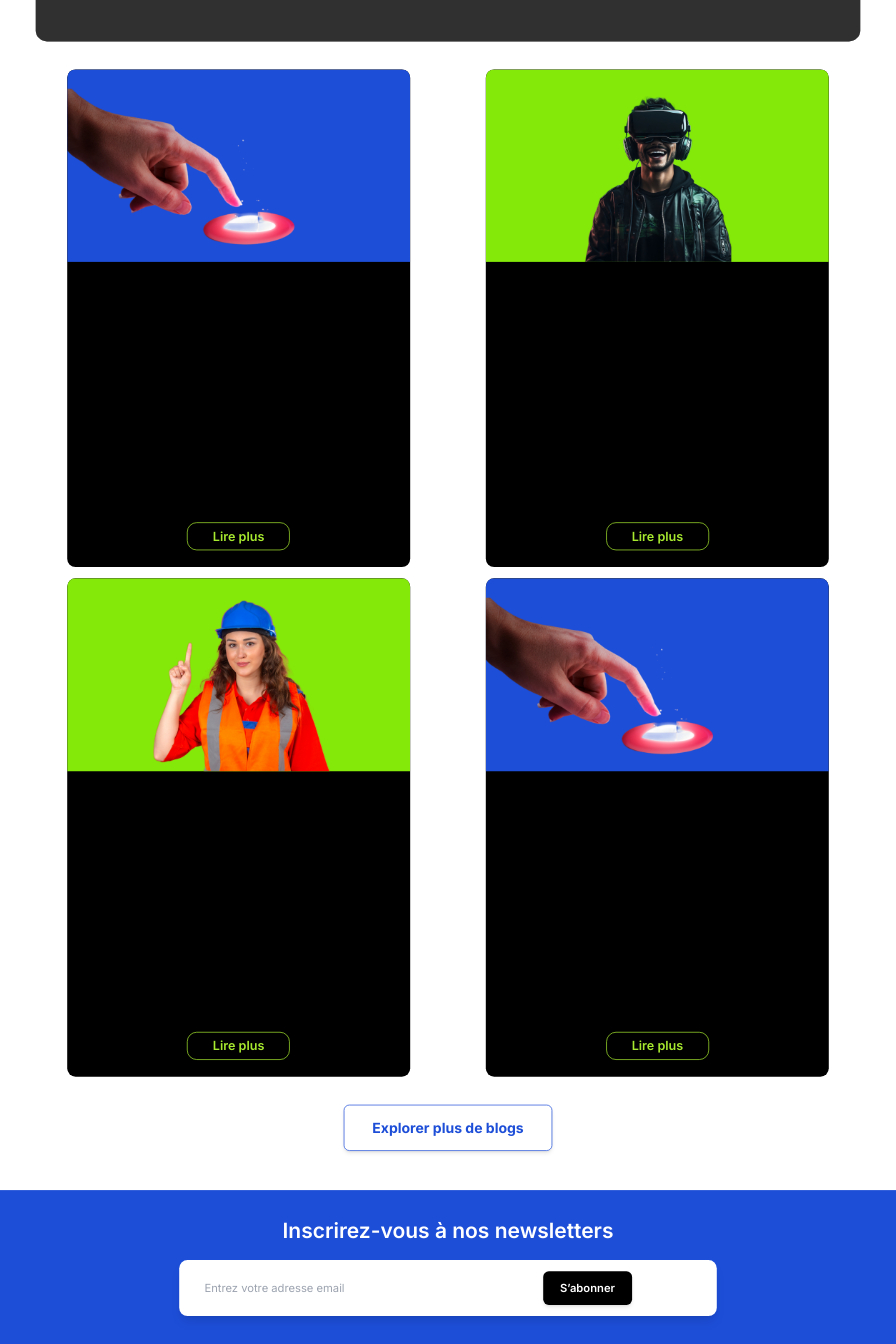
Repository: NassimeElkamari/test
Page: /blogs
These files come from the project's save history. The page is drawn as it stood at one moment and after the next save; the edit follows.
The browser window is 1280 px wide. The pictures show the part of the page from y = 593 to 2513 px (the page is 2513 px tall before and 2497 px after), at 70% of full size.
Pictures or frames that could not be fetched are drawn as grey boxes. The project was rebuilt for these pictures with package versions that can differ from the ones it lists, and the page was loaded fresh each time. The framework's server and built-in components were replaced by stand-ins that run in the browser. Also part of the build but not shown: next.config.mjs.

Above is the page before, as saved 2024-06-12 16:22:18.

### src/app/blogs/page.tsx
import Image from 'next/image';
import React from 'react';
import { MdDateRange } from "react-icons/md";
import BlogCard from '../../components/BlogCard';
import { cardData } from '../../data/cardData';

const Blog = () => {
  return (
    <div className='bg-white'>
      <div className='flex justify-center'>
        <h1 className="text-4xl font-bold text-center">Blog</h1>
      </div>
      <div className="relative w-[92vw] h-[85vh] mx-auto overflow-hidden bg-black pt-5 pl-8 flex flex-col justify-start rounded-2xl">
        <Image
          src="/bgImage.jpg"
          layout="fill"
          objectFit="cover"
          objectPosition="top"
          quality={100}
          alt="Background Image"
          className="opacity-30 bg-black"
        />
        <div className="absolute inset-0 flex flex-col justify-center text-white mt-[6%] p-4 pl-8">
          <h1 className="text-[52px] font-semibold mb-4">
            Ouvrez les portes de la connaissance <br /> avec nos Blogs stimulants
          </h1>
          <p className="text-[17px] mb-8">
            Découvrez les dernières actualités de 2peerfect dans une multitude de domaines passionnants. <br />Plongez-vous dans nos articles pour rester à jour sur les tendances les plus récentes en technologie, <br /> santé mentale, Design, Business, et bien plus encore. Avec une expertise diversifiée et des perspectives variées,<br /> 2peerfect vous offre un aperçu complet et captivant des développements les plus récents à travers différents secteurs.<br /> Ne manquez rien de ce qui se passe dans le monde, suivez 2peerfect pour rester informé et inspiré.
          </p>
          <div className="flex flex-wrap justify-between space-x-4 w-[80%]">
            <div className="bg-transparent rounded-lg shadow-md w-[15%] h-10 mb-4 border border-[#A7E92F] flex items-center justify-center">
              <h2 className="text-lg font-semibold text-center">Marketing</h2>
            </div>
            <div className="bg-transparent rounded-lg shadow-md w-[15%] h-10 mb-4 border border-[#A7E92F] flex items-center justify-center">
              <h2 className="text-lg font-semibold text-center">Design</h2>
            </div>
            <div className="bg-transparent rounded-lg shadow-md w-[15%] h-10 mb-4 border border-[#A7E92F] flex items-center justify-center">
              <h2 className="text-lg font-semibold text-center">Business</h2>
            </div>
            <div className="bg-transparent rounded-lg shadow-md w-[15%] h-10 mb-4 border border-[#A7E92F] flex items-center justify-center">
              <h2 className="text-lg font-semibold text-center">IT</h2>
            </div>
            <div className="bg-transparent rounded-lg shadow-md w-[15%] text-center h-10 mb-4 border border-[#A7E92F] flex items-center justify-center">
              <h2 className="text-lg font-semibold">Psychologie</h2>
            </div>
            {/* Add more cards as needed */}
          </div>
        </div>
      </div>
      <div className='second-section w-[85vw] mx-auto mt-10 flex justify-center'>
        <div className="flex flex-wrap gap-4 justify-between ">
          {cardData.map((card) => (
            <BlogCard
              key={card.id}
              imageSrc={card.imageSrc}
              title={card.title}
              description={card.description}
              date={card.date}
              color={card.background}
            />
          ))}
        </div>
      </div>
      <div className="flex justify-center mt-10">
        <button className=" text-white rounded-lg shadow-md  text-center mx-10 my-4 px-10 py-8 h-10 border border-[#1D4ED8] flex items-center justify-center">
          <h2 className="text-xl font-bold text-[#1D4ED8]">Explorer plus de blogs </h2>
        </button>
      </div>
      <div className="bg-[#1D4ED8] py-10 mt-10 flex flex-col items-center justify-center">
        <h2 className="text-3xl font-semibold text-white mb-4">Inscrirez-vous à nos newsletters</h2>
        <div className="bg-white px-6 py-4 rounded-xl shadow-lg flex flex-col items-center justify-stretch sm:flex-row mt-2 w-full max-w-3xl">
          <input
            type="email"
            placeholder="Entrez votre adresse email"
            className="w-full sm:w-2/3 p-3 mb-4 sm:mb-0 sm:mr-4 rounded-lg focus:outline-none"
          />
          <button className="bg-black text-white font-semibold py-3 px-6 rounded-lg shadow-md w-full sm:w-auto">
            S’abonner
          </button>
        </div>
      </div>
    </div>
  );
};

export default Blog;

### src/components/BlogCard.tsx
import Image from 'next/image'
import React from 'react'
import { MdDateRange } from "react-icons/md";


const BlogCard = ({ imageSrc, title, description, date , color}) => {
  return (
    <div className='w-[45%] h-[50%] bg-black rounded-xl flex flex-col'>
    <div className="w-[100%] h-2/5 relative">
        <Image
        src={imageSrc}
        layout='responsive'
        height={100}
        width={100}
        alt="Card Image"
        className="w-full h-full rounded-t-xl "
        style={{backgroundColor: `${color}`}}
        />
    </div>
    <div className="pt-14 flex justify-center items-center flex-col px-5">
        <h1 className="text-[32px] font-semibold">{title}</h1>
        <p className="text-md mt-5">{description}</p>
    </div>
    <div className="flex items-center justify-end mt-10 mr-2">
        <MdDateRange width={70} height={70} className='mr-4'/>
        <p className="mr-2">{date}</p>
    </div>
    <div className="flex justify-center mt-8 mb-6"> {/* Added justify-center class */}
        <button className="bg-black rounded-[14px] shadow-md w-[30%] text-center h-10 border border-[#A7E92F] flex items-center justify-center">
        <h2 className="text-lg font-semibold text-[#A7E92F]">Lire plus</h2> {/* Added text-white class */}
        </button>
    </div>
    </div>
  )
}

export default BlogCard

### src/data/cardData.js
export const cardData = [
  {
    id: 1,
    imageSrc: "/card11.png",
    title: "L'impact des médias sociaux sur la santé mental",
    description: "Discuter de la façon dont les likes, les commentaires et les partages peuvent devenir une mesure de notre valeur personnelle, et comment cela peut affecter notre estime de soi et notre bien-être émotionnel...",
    date: "11 Décembre 2023",
    background: '#1D4ED8' // Background color for the first card
  },
  {
    id: 2,
    imageSrc: "/card22.png",
    title: "L’inovation technologique dans l’éducation",
    description: "Reconnaître les défis liés à l'intégration de la technologie dans l'éducation, tels que l'accès inégal aux ressources technologiques et les préoccupations concernant la dépendance excessive à la technologie...",
    date: "11 Décembre 2023",
    background: '#84e809' // Background color for the second card
  },
  {
    id: 3,
    imageSrc: "/card33.png",
    title: "L’inovation technologique dans l’éducation",
    description: "Reconnaître les défis liés à l'intégration de la technologie dans l'éducation, tels que l'accès inégal aux ressources technologiques et les préoccupations concernant la dépendance excessive à la technologie...",
    date: "11 Décembre 2023",
    background: '#84e809' // Background color for the third card
  },
  {
    id: 4,
    imageSrc: "/card11.png",
    title: "L'impact des médias sociaux sur la santé mental",
    description: "Discuter de la façon dont les likes, les commentaires et les partages peuvent devenir une mesure de notre valeur personnelle, et comment cela peut affecter notre estime de soi et notre bien-être émotionnel...",
    date: "11 Décembre 2023",
    background: '#1D4ED8' // Background color for the fourth card
  },
];

Loaded but not shown: src/app/layout.tsx (common file); src/app/globals.css (common file); tailwind.config.ts (common file)

After the next save:
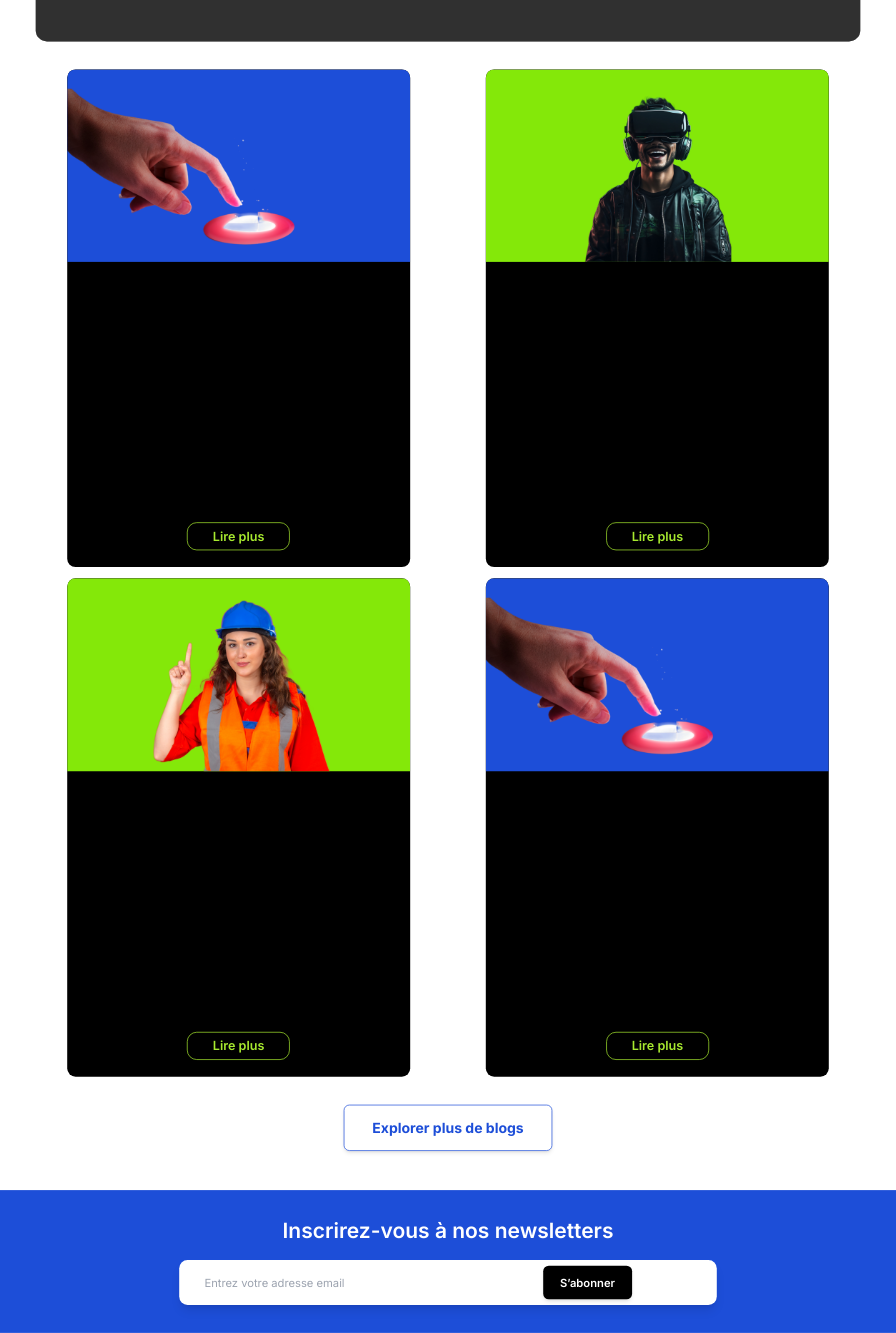
Saved 22 s later.
--- a/src/app/blogs/page.tsx
+++ b/src/app/blogs/page.tsx
@@ -68,7 +68,7 @@
       </div>
       <div className="bg-[#1D4ED8] py-10 mt-10 flex flex-col items-center justify-center">
         <h2 className="text-3xl font-semibold text-white mb-4">Inscrirez-vous à nos newsletters</h2>
-        <div className="bg-white px-6 py-4 rounded-xl shadow-lg flex flex-col items-center justify-stretch sm:flex-row mt-2 w-full max-w-3xl">
+        <div className="bg-white px-6 py-2 rounded-xl shadow-lg flex flex-col items-center justify-stretch sm:flex-row mt-2 w-full max-w-3xl">
           <input
             type="email"
             placeholder="Entrez votre adresse email"

After the 4 saves that followed:
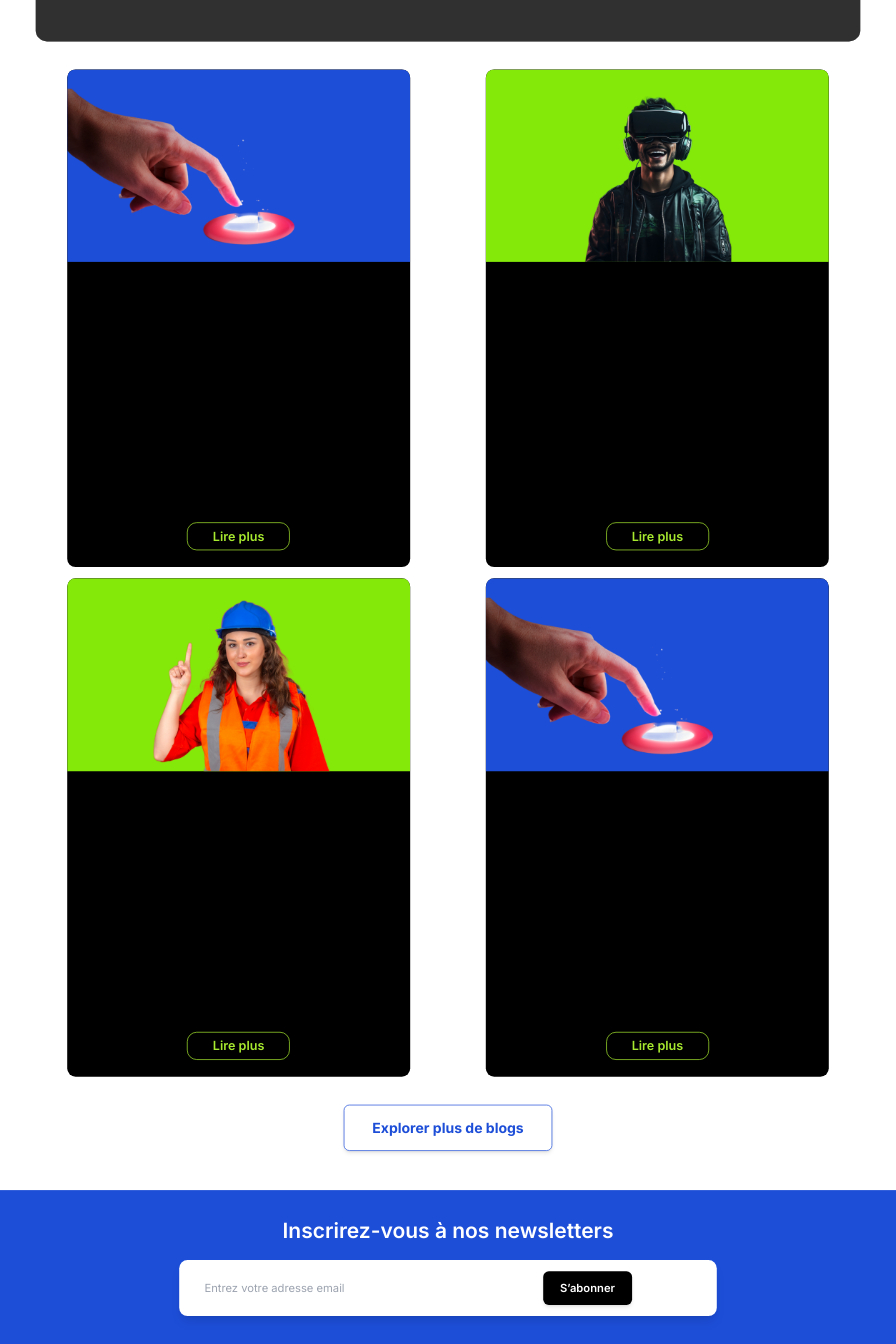
The 4 saves are shown as one change because they came seconds apart.
The last was saved 14 s later.
--- a/src/app/blogs/page.tsx
+++ b/src/app/blogs/page.tsx
@@ -68,7 +68,7 @@
       </div>
       <div className="bg-[#1D4ED8] py-10 mt-10 flex flex-col items-center justify-center">
         <h2 className="text-3xl font-semibold text-white mb-4">Inscrirez-vous à nos newsletters</h2>
-        <div className="bg-white px-6 py-2 rounded-xl shadow-lg flex flex-col items-center justify-stretch sm:flex-row mt-2 w-full max-w-3xl">
+        <div className="bg-white px-6 py-4 rounded-xl shadow-lg flex flex-col items-center sm:flex-row mt-2 w-full max-w-3xl">
           <input
             type="email"
             placeholder="Entrez votre adresse email"
